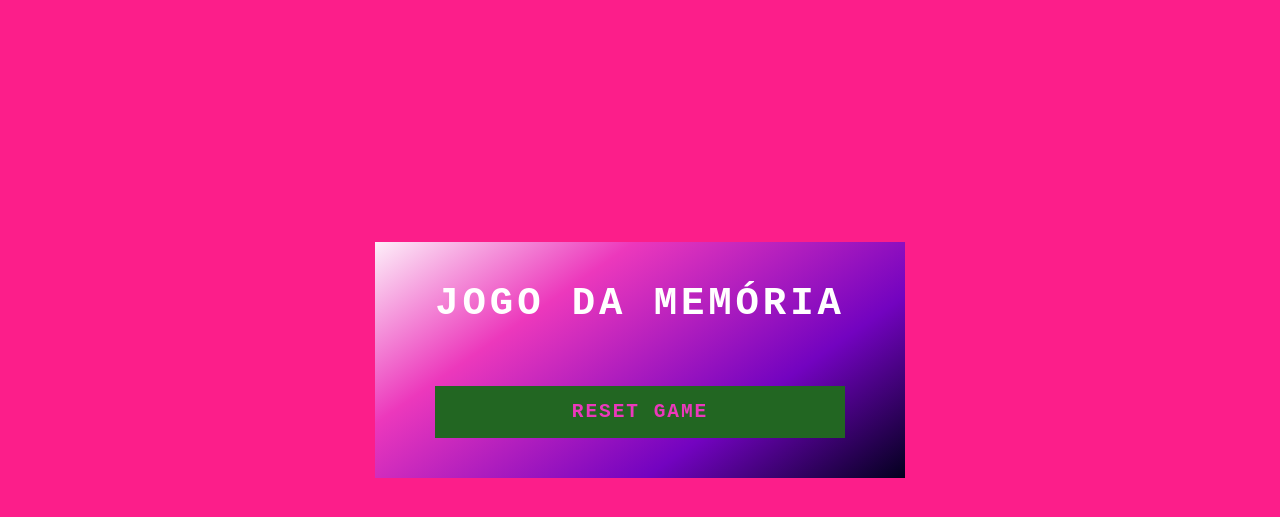
Repository: Zoemateus324/memory-game
Page: index.html
These files come from the project's save history. The page is drawn as it stood at one moment and after the next save; the edit follows.
The browser window is 1280 px wide. The pictures show the whole page.
The first visible `.reset` has the focus.

Above is the page before, as saved 2024-11-27 08:22:12.

### index.html
<!DOCTYPE html>
<html lang="pt-br">

<head>
    <meta charset="UTF-8">
    <meta name="viewport" content="width=device-width, initial-scale=1.0">
    <title>Memory Game</title>
    <link rel="stylesheet" href="./src/styles/reset.css">
    <link rel="stylesheet" href="./src/styles/main.css">
</head>

<body>
    <div class="container">
        <h2>Jogo da Memória</h2>
        <div class="game">

        </div>
        <button class="reset" onclick="window.location.reload()">RESET GAME</button>
    </div>



    <script src="./src/scripts/engine.js" defer></script>
</body>

</html>

### src/styles/reset.css
*{
    margin:0;
    padding:0;
    outline:none;
    box-sizing:border-box;
    font-family:monospace;
}

### src/styles/main.css
body{
    display:flex;
    justify-content:center;
    align-items:center;
    min-height:100vh;
    background:#fc1e8a;
}


.container{
    position:relative;
    display:flex;
    flex-direction:column;
    justify-content:center;
    align-items:center;
    gap:30px;
    background:linear-gradient(
        325deg,
        #03001e 0%,
        #7303c0 30%,
        #ec38bc 70%,
        #fdeff9 100%
    );
    padding:40px 60px;
}


h2{
    font-size:3em;
    color: #fff;
    text-transform:uppercase;
    letter-spacing:0.1em;
}


.reset{
    padding:15px 20px;
    width:100%;
    color:#000;
    background-color:#fff;
    border:none;
    font-size:1.5em;
    letter-spacing:0.1em;
    text-transform:uppercase;
    cursor:pointer;
    font-weight:600;

}

.reset:focus{
    color:#ec38bc;
    background-color:#262;
}

Loaded but not shown: src/scripts/engine.js (no stored copy; drawn as an empty file)

After the next save:
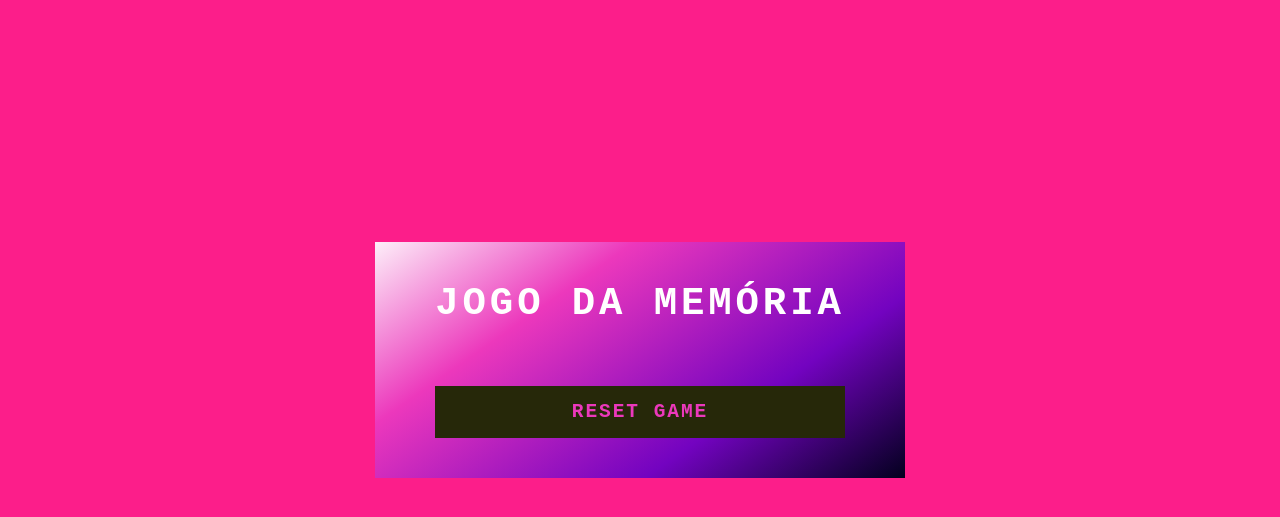
Saved 4 s later.
--- a/src/styles/main.css
+++ b/src/styles/main.css
@@ -49,5 +49,5 @@ h2{
 
 .reset:focus{
     color:#ec38bc;
-    background-color:#262;
+    background-color:#262809;
 }
